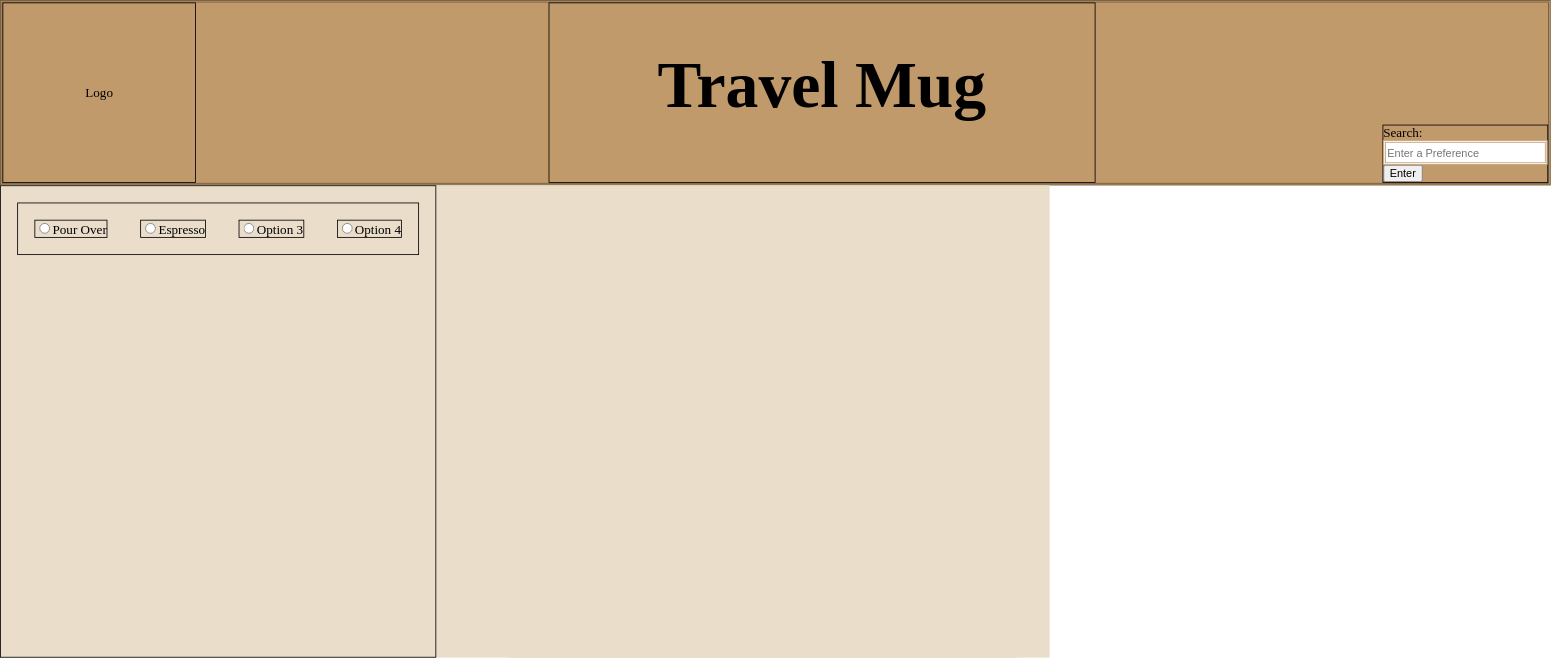
Repository: joshliu14/Travel-Mug
Page: /
These files come from the project's save history. The page is drawn as it stood at one moment and after the next save; the edit follows.
The browser window is 1280 px wide. The page is 1891 px wide, so the pictures cover 1891 px, including what lies to the right of the window. The pictures show the whole page, at 82% of full size.
The project was rebuilt for these pictures with package versions that can differ from the ones it lists, and the page was loaded fresh each time.

Above is the page before, as saved 2024-01-03 01:36:43.

### public/index.html
<!DOCTYPE html>
<html lang="en">
  <head>
    <meta charset="utf-8" />
    <link rel="icon" href="%PUBLIC_URL%/favicon.ico" />
    <link rel="stylesheet" href="./index.css" />
    <meta name="viewport" content="width=device-width, initial-scale=1" />
    <meta name="theme-color" content="#000000" />
    <meta
      name="description"
      content="Web site created using create-react-app"
    />
    <link rel="apple-touch-icon" href="%PUBLIC_URL%/logo192.png" />
    <!--
      manifest.json provides metadata used when your web app is installed on a
      user's mobile device or desktop. See https://developers.google.com/web/fundamentals/web-app-manifest/
    -->
    <link rel="manifest" href="%PUBLIC_URL%/manifest.json" />
    <!--
      Notice the use of %PUBLIC_URL% in the tags above.
      It will be replaced with the URL of the `public` folder during the build.
      Only files inside the `public` folder can be referenced from the HTML.

      Unlike "/favicon.ico" or "favicon.ico", "%PUBLIC_URL%/favicon.ico" will
      work correctly both with client-side routing and a non-root public URL.
      Learn how to configure a non-root public URL by running `npm run build`.
    -->
    <title>Travel Mug</title>
  </head>
  <body>
    <noscript>You need to enable JavaScript to run this app.</noscript>
    <div id="root"></div>
    <!--
      This HTML file is a template.
      If you open it directly in the browser, you will see an empty page.

      You can add webfonts, meta tags, or analytics to this file.
      The build step will place the bundled scripts into the <body> tag.

      To begin the development, run `npm start` or `yarn start`.
      To create a production bundle, use `npm run build` or `yarn build`.
    -->
  </body>
</html>

### src/index.js
import React from "react";
import ReactDOM from "react-dom";
import App from "./App";

import { BrowserRouter } from "react-router-dom";

ReactDOM.render(
  <BrowserRouter>
    <App />
  </BrowserRouter>,
  document.getElementById("root")
);

### src/App.js
import React from "react";
import Home from "./Home";

import { Switch, Route } from "react-router-dom";

const App = () => {
  return (
    <Switch>
      <Route exact path="/">
        <Home />
      </Route>
    </Switch>
  );
};

export default App;

### src/Home.js
import React from "react";
import "./Home.css";

/*import { Link } from "react-router-dom";
 <div className="nav">
            <Link to="/">Home</Link>
            <Link to="/">About</Link>
            <Link to="/">Contact</Link>
            <Link to="/">Blank</Link>
            <Link to="/">Blank</Link>
          </div> */

const options = ["Pour Over", "Espresso", "Option 3", "Option 4"];

class Search extends React.Component {
  constructor(props) {
    super(props);
    this.state = {
      selectedFilter: null,
    };
  }
  handleFilterChange = (option) => {
    console.log("click");
  };

  render() {
    const filterOptions = options.map((option) => {
      return (
        <div className="filter">
          <label key={option}>
            <input
              type="radio"
              value={option}
              checked={this.state.selectedFilter === option}
              onChange={() => this.handleFilterChange(option)}
            />
            {option}
          </label>
        </div>
      );
    });
    return (
      <div>
        <div className="top">
          <div className="logo">Logo</div>
          <div className="title">
            <h1>Travel Mug</h1>
          </div>
          <div className="search-container">
            Search:{" "}
            <input className="search-bar" placeholder="Enter a Preference" />
            <button>Enter</button>
          </div>
        </div>
        <div className="bottom">
          <div className="filter-container">
            <div className="filter">{filterOptions}</div>
          </div>
        </div>
      </div>
    );
  }
}

export default Search;

### src/Home.css
.top {
  background-color: #c19a6b;
  display: flex;
  min-width: fit-content;
  min-height: 20vh;
  border-width: 3px;
  border-color: #6d573d;
  border-style: double;
}

.logo {
  padding: 100px;
  border: 1px solid black;
}

.title {
  text-align: center;
  font-size: 40px;
  min-width: 665px;
  margin-left: 430px;
  margin-right: 200px;
  border: 1px solid black;
}

.nav {
  align-self: last baseline;
  display: flex;
  justify-content: center;
  border: 1px solid black;
}
.nav a {
  font-size: large;
  padding: 10px 20px;
  color: black;
  display: block;
  text-decoration: none;
}

.nav a:hover {
  color: aliceblue;
  background-color: #6d573d;
}
.bottom {
  background-color: #eaddca;
  display: flex;
  min-width: fit-content;
  min-height: 80vh;
}

.search-container {
  align-self: last baseline;
  border: 1px solid black;
  margin-left: 150px;
}
.search-bar {
  width: 200px;
  height: 30px;
  box-sizing: border-box;
  border-width: 3px;
  border-color: #c19a6b;
  border-style: double;
}

.filter-container {
  margin-left: 0px;
  margin-right: 0px;
  border: 1px solid black;
}

.filter {
  display: flex;
  justify-content: center;
  margin: 20px;
  border: 1px solid black;
}

### public/index.css
html,
body {
  margin: 0px;
  padding: 0px;
}

After the next save:
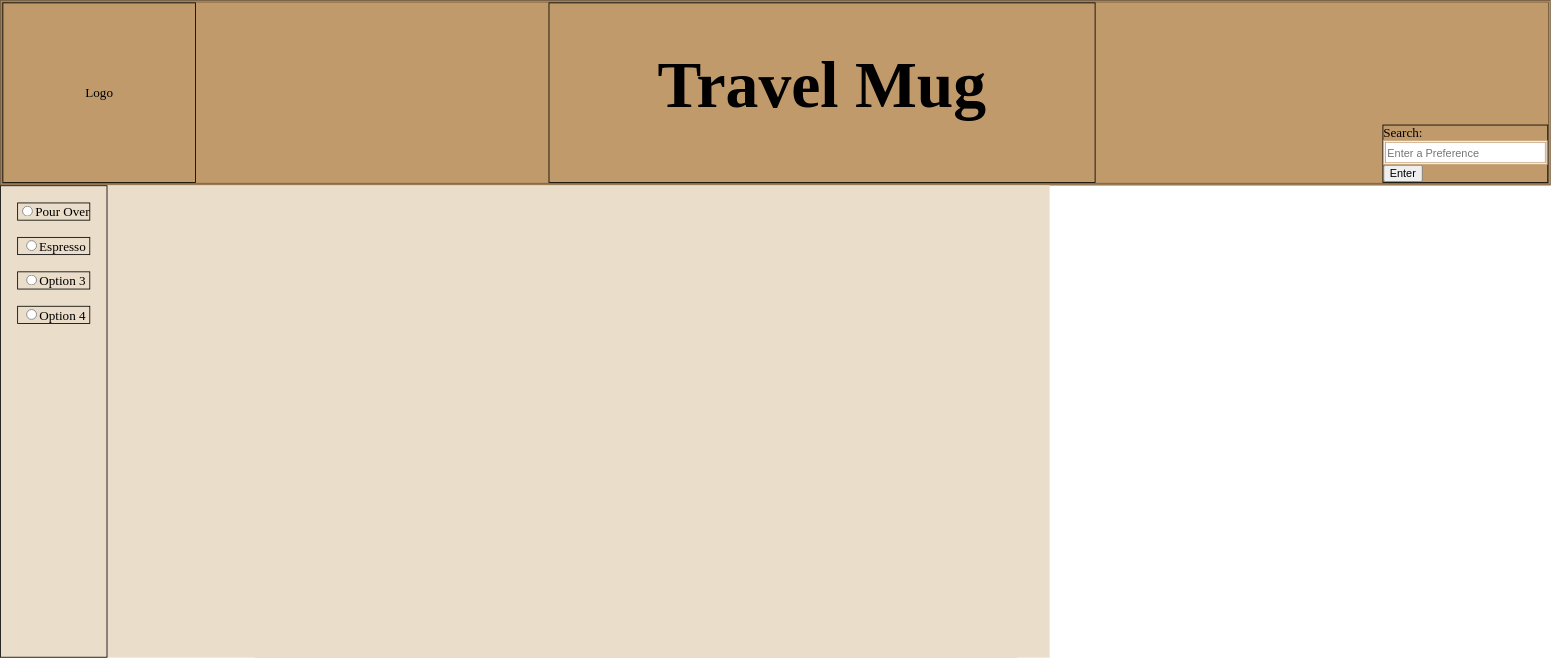
Saved 11 s later.
--- a/src/Home.js
+++ b/src/Home.js
@@ -53,9 +53,7 @@ class Search extends React.Component {
           </div>
         </div>
         <div className="bottom">
-          <div className="filter-container">
-            <div className="filter">{filterOptions}</div>
-          </div>
+          <div className="filter-container">{filterOptions}</div>
         </div>
       </div>
     );
